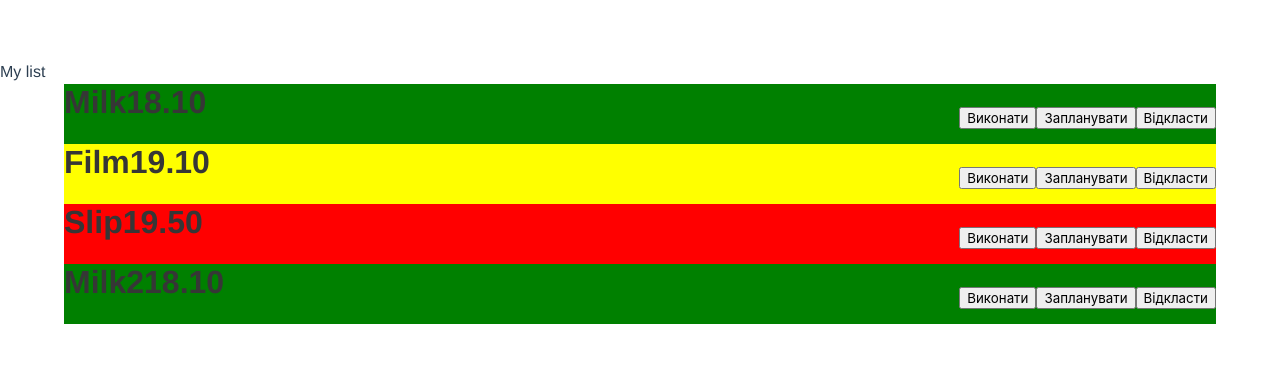
Repository: Olegche/sushi
Page: /
The author's editor kept a copy of each file at every save. The page is drawn from the files as they stood at one save, then again after the next save.
The browser window is 1280 px wide. The pictures show the whole page.
The project was rebuilt for these pictures with package versions that can differ from the ones it lists, and the page was loaded fresh each time.

Above is the page before, as saved 2020-10-12 18:24:41.

After the next save:
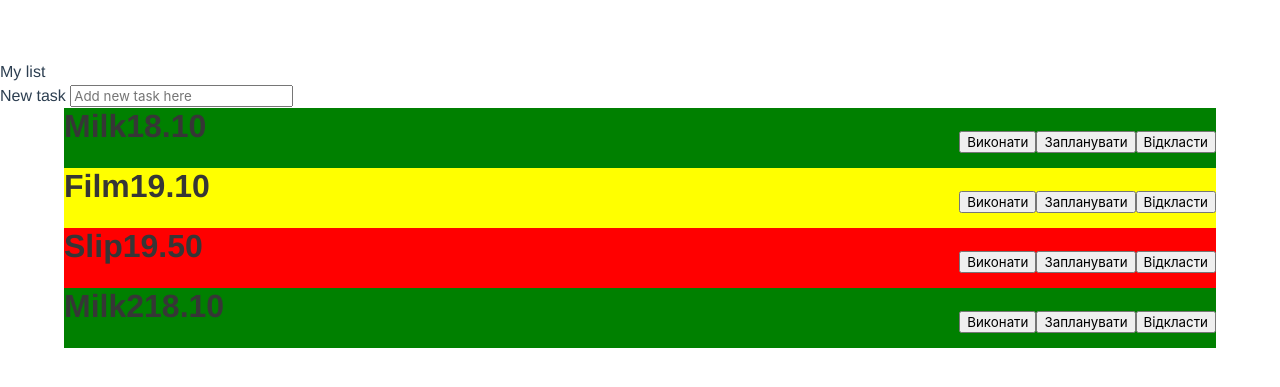
Saved 3 min 54 s later.
--- a/src/components/TodoList/index.vue
+++ b/src/components/TodoList/index.vue
@@ -1,7 +1,16 @@
 <template>
     <div>
 
-        <div>{{title}}</div>
+        <div>
+            {{title}}
+
+        </div>
+        <div>
+            <label>
+                New task
+                <input type="text" v-model="newTask" placeholder="Add new task here">
+           </label>
+        </div>
         <div>
             <todo-item v-for="taskItem in tasksList" :key="taskItem.id"
                 :id="taskItem.id"
@@ -40,7 +49,8 @@ import TodoItem from "./TodoItem";
 
         data() {
             return {
-                data
+                data,
+                newTask:null
             }
         },
 
